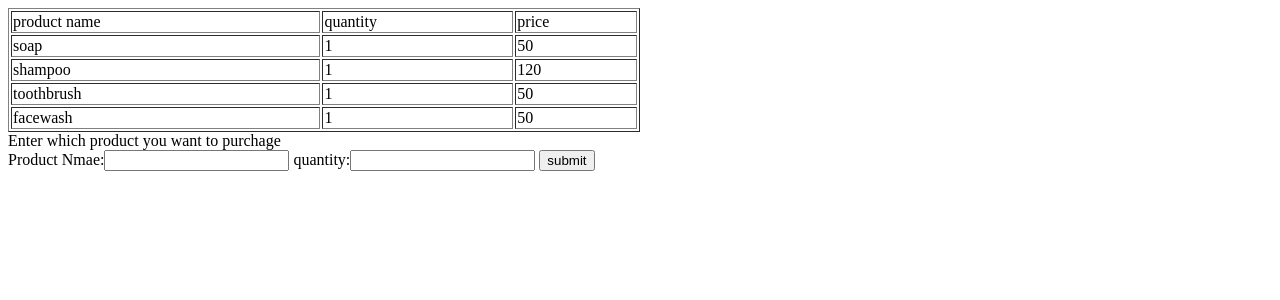
Repository: suryapattnayak/javascript
Page: Invoice/WebContent/product.html
The author's editor kept a copy of each file at every save. The page is drawn from the files as they stood at one save, then again after the next save.
The browser window is 1280 px wide. The pictures show the whole page.

Above is the page before, as saved 2019-09-06 10:44:26.

After the next save:
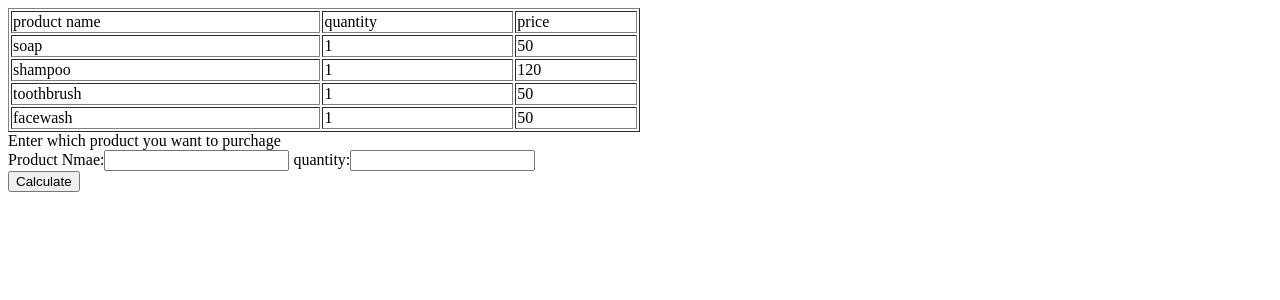
Saved 3 min 56 s later.
--- a/Invoice/WebContent/product.html
+++ b/Invoice/WebContent/product.html
@@ -17,8 +17,8 @@ Enter which product you want to purchage
 
 <form action="CalculatorService" method="post">
 Product Nmae:<input type="text" name="pname" value="">
-quantity:<input type="text" name="qty" value="">
-<input type="submit" name="AddtoCart" value="submit">
+quantity:<input type="text" name="qty" value=""><br>
+<input type="submit" name="AddtoCart" value="Calculate">
 </form>
 </body>
 </html>
